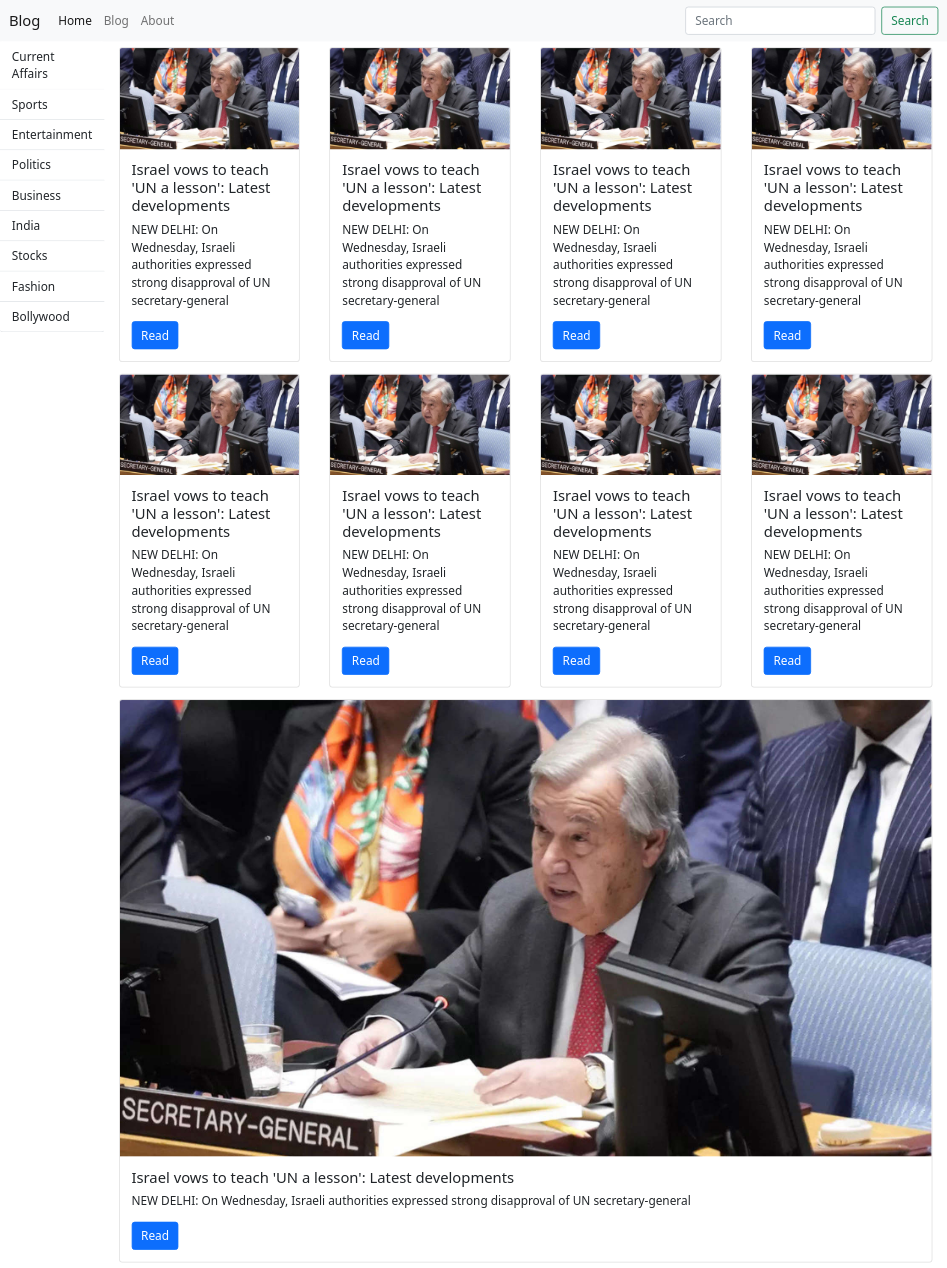
Repository: syni18/bootstrap_blog
Page: index.html
The author's editor kept a copy of each file at every save. The page is drawn from the files as they stood at one save, then again after the next save.
The browser window is 1280 px wide. The pictures show the whole page, at 74% of full size.

Above is the page before, as saved 2023-10-25 22:31:15.

After the next save:
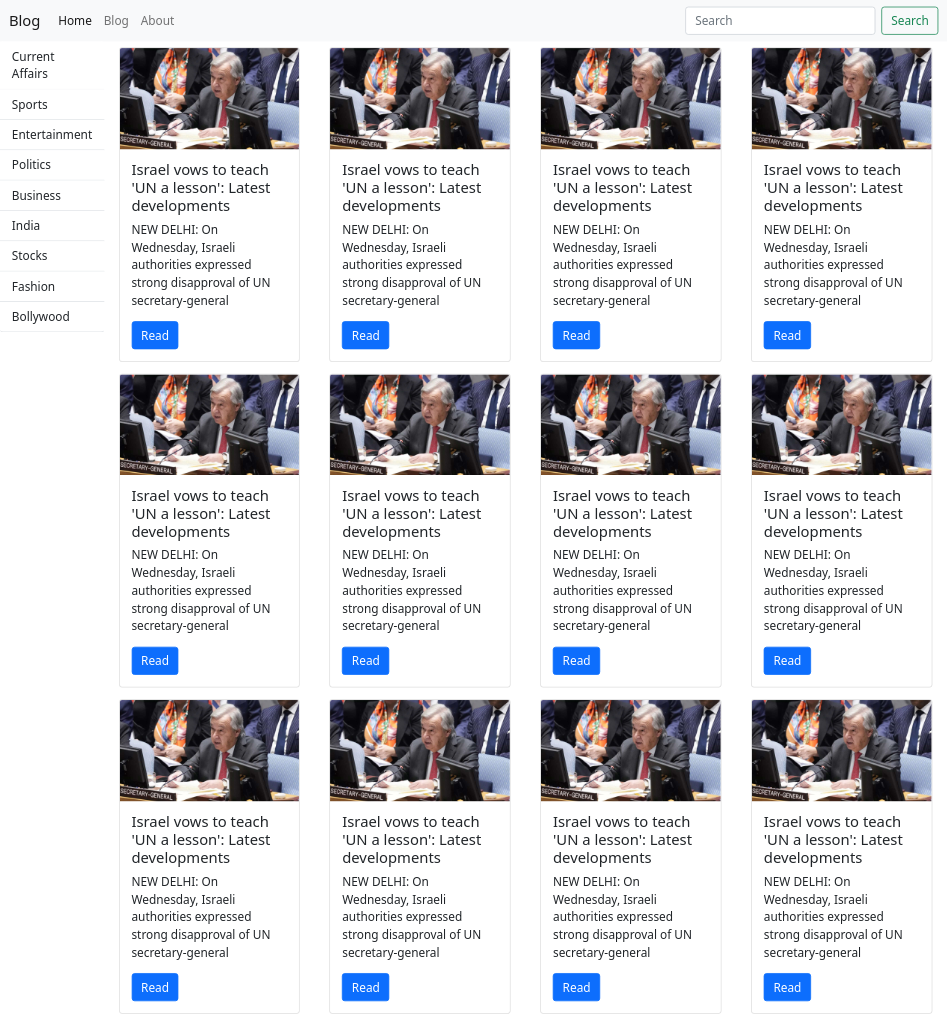
Saved 13 s later.
--- a/index.html
+++ b/index.html
@@ -282,73 +282,73 @@
             </div>
           </div>
         </div>
-        <!-- <div class="row">
-          <div class="col m-2">
-            <div class="card w-100">
-              <img src="./assets/blog_1.jpg" class="card-img-top" alt="..." />
-              <div class="card-body">
-                <h5 class="card-title">
-                  Israel vows to teach 'UN a lesson': Latest developments
-                </h5>
-                <p class="card-text">
-                  NEW DELHI: On Wednesday, Israeli authorities expressed strong
-                  disapproval of UN secretary-general
-                </p>
-                <button
-                  type="button"
-                  class="btn btn-primary"
-                  data-bs-toggle="modal"
-                  data-bs-target="#staticBackdrop"
-                >
-                  Read
-                </button>
-              </div>
-            </div>
-          </div>
-          <div class="col m-2">
-            <div class="card w-100">
-              <img src="./assets/blog_1.jpg" class="card-img-top" alt="..." />
-              <div class="card-body">
-                <h5 class="card-title">
-                  Israel vows to teach 'UN a lesson': Latest developments
-                </h5>
-                <p class="card-text">
-                  NEW DELHI: On Wednesday, Israeli authorities expressed strong
-                  disapproval of UN secretary-general
-                </p>
-                <button
-                  type="button"
-                  class="btn btn-primary"
-                  data-bs-toggle="modal"
-                  data-bs-target="#staticBackdrop"
-                >
-                  Read
-                </button>
-              </div>
-            </div>
-          </div>
-          <div class="col m-2">
-            <div class="card w-100">
-              <img src="./assets/blog_1.jpg" class="card-img-top" alt="..." />
-              <div class="card-body">
-                <h5 class="card-title">
-                  Israel vows to teach 'UN a lesson': Latest developments
-                </h5>
-                <p class="card-text">
-                  NEW DELHI: On Wednesday, Israeli authorities expressed strong
-                  disapproval of UN secretary-general
-                </p>
-                <button
-                  type="button"
-                  class="btn btn-primary"
-                  data-bs-toggle="modal"
-                  data-bs-target="#staticBackdrop"
-                >
-                  Read
-                </button>
-              </div>
-            </div>
-          </div> -->
+        <div class="row">
+          <div class="col m-2">
+            <div class="card w-100">
+              <img src="./assets/blog_1.jpg" class="card-img-top" alt="..." />
+              <div class="card-body">
+                <h5 class="card-title">
+                  Israel vows to teach 'UN a lesson': Latest developments
+                </h5>
+                <p class="card-text">
+                  NEW DELHI: On Wednesday, Israeli authorities expressed strong
+                  disapproval of UN secretary-general
+                </p>
+                <button
+                  type="button"
+                  class="btn btn-primary"
+                  data-bs-toggle="modal"
+                  data-bs-target="#staticBackdrop"
+                >
+                  Read
+                </button>
+              </div>
+            </div>
+          </div>
+          <div class="col m-2">
+            <div class="card w-100">
+              <img src="./assets/blog_1.jpg" class="card-img-top" alt="..." />
+              <div class="card-body">
+                <h5 class="card-title">
+                  Israel vows to teach 'UN a lesson': Latest developments
+                </h5>
+                <p class="card-text">
+                  NEW DELHI: On Wednesday, Israeli authorities expressed strong
+                  disapproval of UN secretary-general
+                </p>
+                <button
+                  type="button"
+                  class="btn btn-primary"
+                  data-bs-toggle="modal"
+                  data-bs-target="#staticBackdrop"
+                >
+                  Read
+                </button>
+              </div>
+            </div>
+          </div>
+          <div class="col m-2">
+            <div class="card w-100">
+              <img src="./assets/blog_1.jpg" class="card-img-top" alt="..." />
+              <div class="card-body">
+                <h5 class="card-title">
+                  Israel vows to teach 'UN a lesson': Latest developments
+                </h5>
+                <p class="card-text">
+                  NEW DELHI: On Wednesday, Israeli authorities expressed strong
+                  disapproval of UN secretary-general
+                </p>
+                <button
+                  type="button"
+                  class="btn btn-primary"
+                  data-bs-toggle="modal"
+                  data-bs-target="#staticBackdrop"
+                >
+                  Read
+                </button>
+              </div>
+            </div>
+          </div>
           <div class="col m-2">
             <div class="card w-100">
               <img src="./assets/blog_1.jpg" class="card-img-top" alt="..." />
